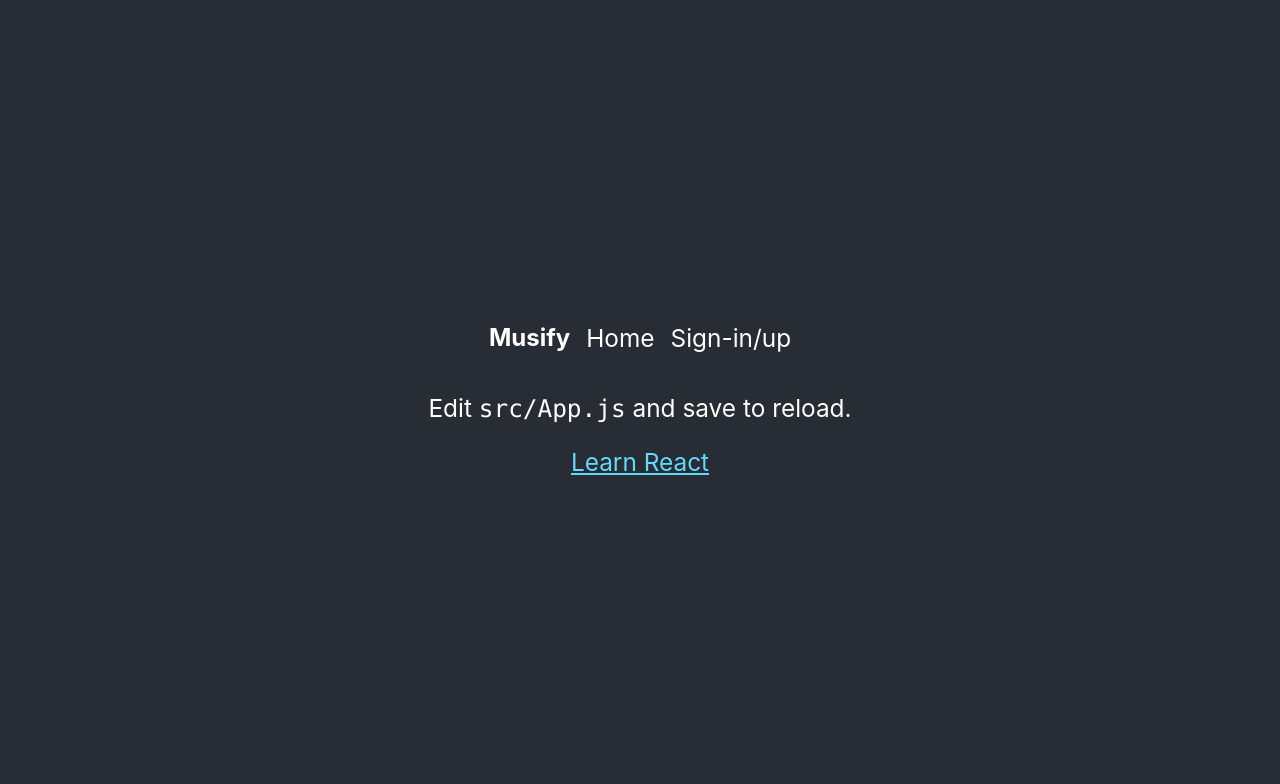
Repository: yuqiant/musify
Page: /search (app in musify/)
These files come from the project's save history. The page is drawn as it stood at one moment and after the next save; the edit follows.
The browser window is 1280 px wide. The pictures show the whole page.
The project was rebuilt for these pictures with package versions that can differ from the ones it lists, and the page was loaded fresh each time. Also part of the build but not shown: musify/src/App.js.

Above is the page before, as saved 2023-11-29 17:36:50.

### musify/src/index.js
import React from 'react';
import ReactDOM from 'react-dom/client';
import './index.css';
import App from './App';
import Home from './home';
import reportWebVitals from './reportWebVitals';

const root = ReactDOM.createRoot(document.getElementById('root'));
root.render(
  <React.StrictMode>
    <Home />
  </React.StrictMode>
);

// If you want to start measuring performance in your app, pass a function
// to log results (for example: reportWebVitals(console.log))
// or send to an analytics endpoint. Learn more: https://bit.ly/CRA-vitals
reportWebVitals();

### musify/src/home/index.js
import React from 'react';
import './index.css';

function Home() {
    return (
        <div className="App">
            <header className="App-header">
                {/* Navigation Bar */}
                <nav className="App-nav">
                    <h1>Musify</h1>
                    <div>
                        <a href="#home">Home</a>
                        <a href="#signin">Sign-in/up</a>
                    </div>
                </nav>

                {/* Main Content */}
                {/* <img src={logo} className="App-logo" alt="logo" /> */}
                <p>
                    Edit <code>src/App.js</code> and save to reload.
                </p>
                <a
                    className="App-link"
                    href="https://reactjs.org"
                    target="_blank"
                    rel="noopener noreferrer"
                >
                    Learn React
                </a>
            </header>
        </div>
    );
}

export default Home;

### musify/src/home/index.css
/* General App styling */
.App {
    text-align: center;
}

/* Navigation bar styling */
.App-nav {
    display: flex;
    justify-content: space-between;
    align-items: center;
    background-color: #282c34;
    padding: 1rem;
    color: white;
}

.App-nav h1 {
    margin: 0;
    font-size: 1.5rem;
}

.App-nav a {
    color: white;
    text-decoration: none;
    margin-left: 1rem;
}

.App-nav a:hover {
    text-decoration: underline;
}

/* Header and content styling */
.App-header {
    background-color: #282c34;
    color: white;
    padding: 2rem 0;
    min-height: 100vh;
}

.App-logo {
    height: 40vmin;
    pointer-events: none;
}

.App-link {
    color: #61dafb;
}

.App-link:hover {
    color: #39a9db;
}

/* Additional media query for logo animation */
@media (prefers-reduced-motion: no-preference) {
    .App-logo {
        animation: App-logo-spin infinite 20s linear;
    }
}

/* Logo spin keyframe */
@keyframes App-logo-spin {
    from {
        transform: rotate(0deg);
    }

    to {
        transform: rotate(360deg);
    }
}

Loaded but not shown: musify/public/index.html (common file); musify/src/index.css (common file); musify/src/reportWebVitals.js (common file); musify/src/App.css (common file)

After the next save:
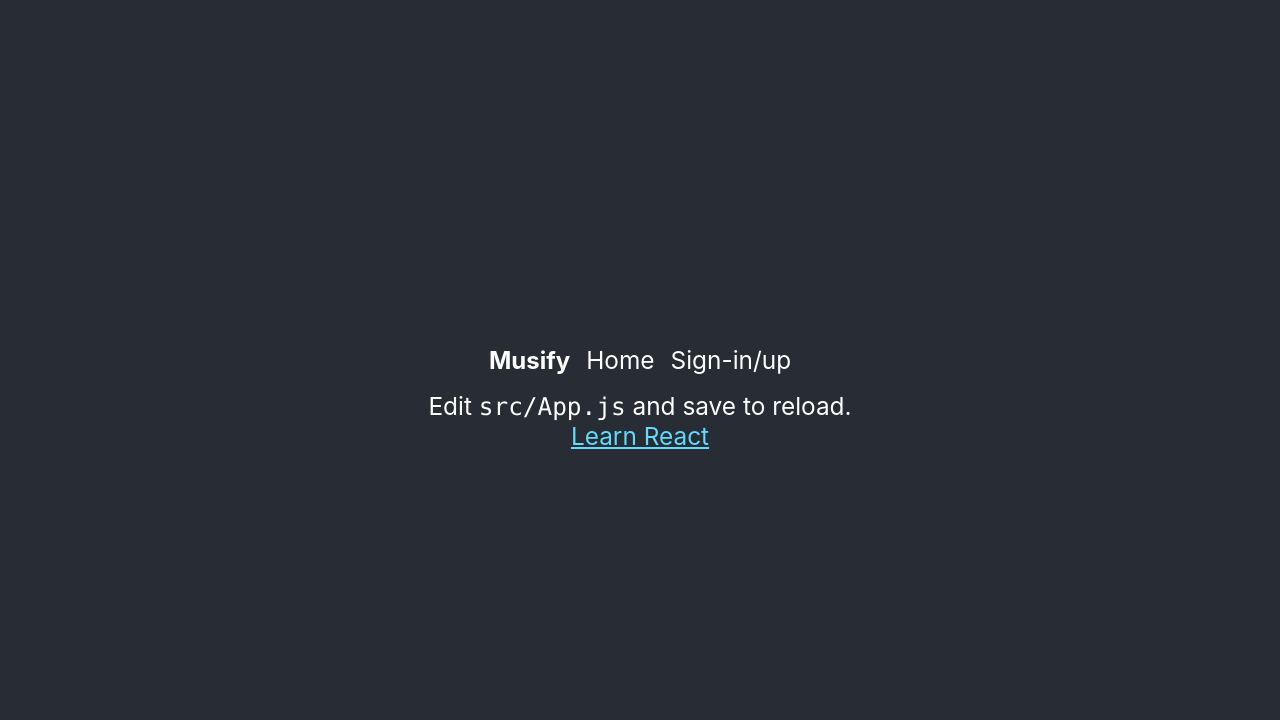
Saved 2 min 58 s later.
--- a/musify/src/home/index.css
+++ b/musify/src/home/index.css
@@ -1,3 +1,10 @@
+/* Reset margin and padding to remove default browser styling */
+* {
+    margin: 0;
+    padding: 0;
+    box-sizing: border-box;
+}
+
 /* General App styling */
 .App {
     text-align: center;
@@ -14,7 +21,6 @@
 }
 
 .App-nav h1 {
-    margin: 0;
     font-size: 1.5rem;
 }
 
@@ -30,10 +36,9 @@
 
 /* Header and content styling */
 .App-header {
-    background-color: #282c34;
     color: white;
-    padding: 2rem 0;
-    min-height: 100vh;
+    padding-top: 60px;
+    /* Adjust this value as needed */
 }
 
 .App-logo {
@@ -48,21 +53,3 @@
 .App-link:hover {
     color: #39a9db;
 }
-
-/* Additional media query for logo animation */
-@media (prefers-reduced-motion: no-preference) {
-    .App-logo {
-        animation: App-logo-spin infinite 20s linear;
-    }
-}
-
-/* Logo spin keyframe */
-@keyframes App-logo-spin {
-    from {
-        transform: rotate(0deg);
-    }
-
-    to {
-        transform: rotate(360deg);
-    }
-}
